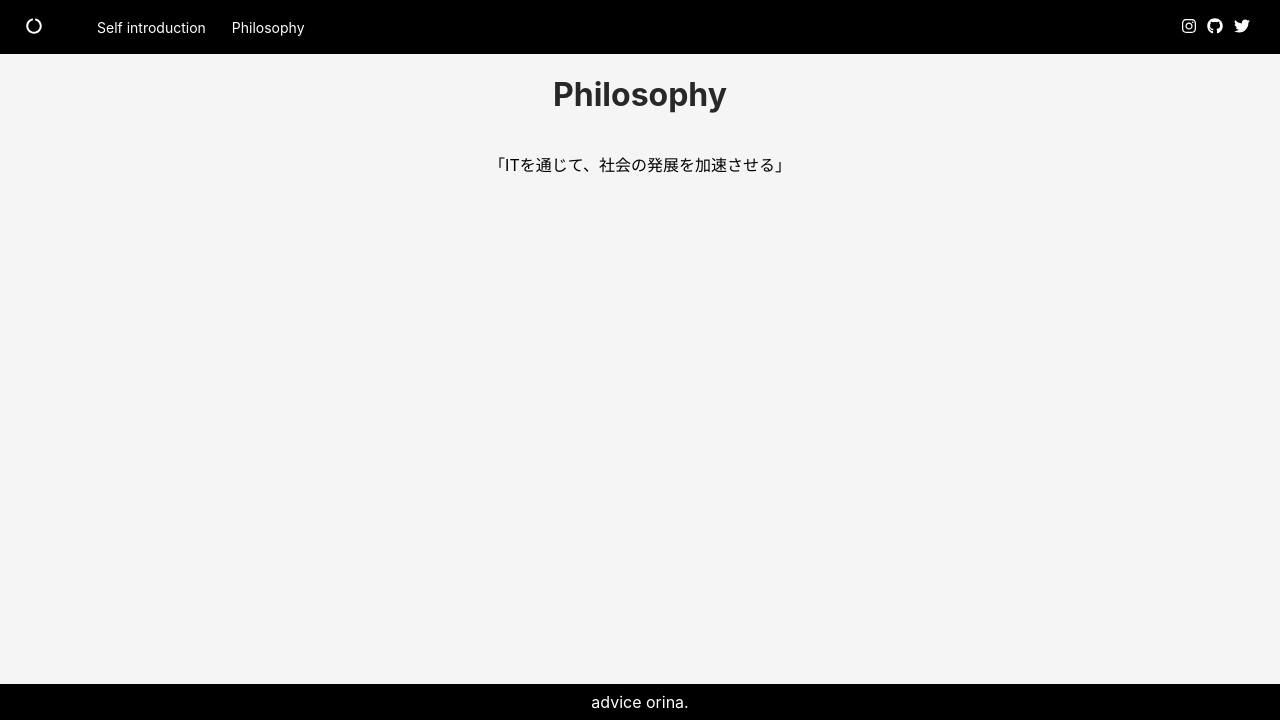
Repository: Rujuu-prog/react-mysite
Page: /philosophy
An editor plug-in stored every save of this project. The page is shown before and after the next save, followed by the edit.
The browser window is 1280 px wide. The pictures show the whole page.
The project was rebuilt for these pictures with package versions that can differ from the ones it lists, and the page was loaded fresh each time. Also part of the build but not shown: src/components/pages/SelfIntroduction.tsx, src/components/pages/Top.tsx.

Above is the page before, as saved 2021-05-13 01:39:40.

### src/App.tsx
import { Router } from "./router/Router";
import './App.css';



export default function App() {
  return (
    <div className="App" >
      <Router />
    </div>
  );
}

### src/router/Router.tsx
import React from "react";
import { BrowserRouter, Route, Switch } from "react-router-dom";
import { Philosophy } from "../components/pages/Philosophy";
import { SelfIntroduction } from "../components/pages/SelfIntroduction";
import { Top } from "../components/pages/Top";
import { DefaultLayout } from "../components/templates/DefaultLayout";

export const Router:React.FC = () => {
    return(
        <BrowserRouter>
            <Switch>
                <Route exact path="/">
                <DefaultLayout>
                    <Top />
                </DefaultLayout>
                </Route>
                <Route exact path="/selfintroduction">
                <DefaultLayout>
                    <SelfIntroduction/>
                </DefaultLayout>
                </Route>
                <Route path="/philosophy">
                <DefaultLayout>
                    <Philosophy />
                </DefaultLayout>
                </Route>
            </Switch>
        </BrowserRouter>
    );
}

### src/components/pages/Philosophy.tsx
import React from "react";
import styled from "styled-components";
import { DefaultLayout } from "../templates/DefaultLayout";
import me from '../atoms/img/me.svg'

export const Philosophy:React.FC = () => {
    return(
        <SMainContainer>
            <h1>Philosophy</h1>
            <p>「ITを通じて、社会の発展を加速させる」</p>
        </SMainContainer>

    );
};

const SMainContainer = styled.div`
    display: flex;
    flex-direction: column;
    justify-content: flex-start;
    align-items: center;
    background-color: #f5f5f5;
    height: 90vh;
    h1 {
        color: #282828;
    }
`;

### src/components/templates/DefaultLayout.tsx
import React from "react";
import styled from "styled-components";

import { FooterOnly } from "./FooterOnly";
import { HeaderOnly } from "./HeaderOnly";

type Props = {
    children?: React.ReactNode;
};

export const DefaultLayout: React.FC<Props> = ({children}) => {
    return (
    <SContainer>
        <HeaderOnly/>
        {children}
        <FooterOnly/>
    </SContainer>
    );
};

const SContainer = styled.div`
    min-height: 100vh;
    position: relative;
    box-sizing: border-box;
`;

### src/components/templates/FooterOnly.tsx
import React from "react";
import { Link } from "react-router-dom";
import styled from "styled-components";

import { Footer } from "../atoms/layout/Footer";


export const FooterOnly: React.FC = () => {
    return (
    <>
        <Footer />
    </>
    );
};


// const SLink = styled(Link)`
//     margin: 0 8px;
// `;

### src/components/templates/HeaderOnly.tsx
import React from "react";
import { Link } from "react-router-dom";
import styled from "styled-components";

import { Header } from "../atoms/layout/Header";
import { SecondaryButton } from "../atoms/button/SecondaryButton"
import { IconList } from "../molecules/IconList";
import { SiteIcon } from "../atoms/icon/SiteIcon";
import { NaviBar } from "../atoms/layout/NaviBar";

type Props = {
    children?: React.ReactNode;
};

export const HeaderOnly: React.FC<Props> = ({children}) => {
    return (
    <>
        <Header>
            <SiteIcon/>
            <NaviBar/>
        </Header>
        {children}
    </>
    );
};


// const SLink = styled(Link)`
//     margin: 0 8px;
// `;

### src/components/atoms/layout/Footer.tsx
import React from "react";
import styled from "styled-components";

export const Footer:React.FC = () => {
    return <SFooter><Sp>advice orina.</Sp></SFooter>;
};

const SFooter = styled.footer`
    background-color: black;
    color: #fff;
    text-align: center;
    padding: 8px 0;
    position: absolute;
    bottom: 0;
    width: 100%;
`;

const Sp = styled.p`
    margin: 0;
`;

### src/components/atoms/layout/Header.tsx
import React from "react";
import styled from "styled-components";

import { PrimaryButton } from '../button/PrimaryButton'

type Props = {
    children?: React.ReactNode;
}

export const Header: React.FC<Props> = ({children}) => {
    return (<SHeader>{children}</SHeader>);
};

const SHeader = styled.header`
    display: flex;
    align-items: center;
    height: 10%;
    background-color: black;
    color: #fff;
    padding: 16px 24px;
`;

### src/components/atoms/icon/SiteIcon.tsx
import { faCircleNotch } from "@fortawesome/free-solid-svg-icons";
import { FontAwesomeIcon } from "@fortawesome/react-fontawesome";
import styled from "styled-components";
import { Link } from "react-router-dom";

const IconStyle = {
    padding:"2",
    fontsize:"50"
}

export const SiteIcon:React.FC = () => {
    return(<SLink to="/"><FontAwesomeIcon style={IconStyle} icon={faCircleNotch}></FontAwesomeIcon></SLink>);
}

const SLink = styled(Link)`
    text-decoration: none;
    color: #fff;
`;

### src/components/atoms/layout/NaviBar.tsx
import React from "react";
import { Link } from "react-router-dom";
import styled from "styled-components";

import { SecondaryButton } from "../button/SecondaryButton"
import { IconList } from "../../molecules/IconList";

type Props = {
    children?: React.ReactNode;
};

export const NaviBar: React.FC<Props> = ({children}) => {
    return (
    <>
        <SNavi>
            <li><SLink to="/selfintroduction"><SecondaryButton>Self introduction</SecondaryButton></SLink></li>
            <Slist><SLink to="/philosophy"><SecondaryButton>Philosophy</SecondaryButton></SLink></Slist>
            <li><IconList/></li>
        </SNavi>
        {children}
    </>
    );
};


const SNavi = styled.ul`
    display: flex;
    // justify-content: space-between;
    align-items: center;
    width: 100%;
    margin: 0;
    background-color: black;
    list-style: none;
    color: #fff;
    text-align: center;
`;

const Slist = styled.li`
    margin-right: auto;
`;

const SLink = styled(Link)`
    margin: 0 8px;
    text-decoration: none;
`;

### src/components/atoms/button/SecondaryButton.tsx
import styled from "styled-components";

export const SecondaryButton = (props:any) => {
    const { children } = props;
    return <SButton>{children}</SButton>;
};

const SButton = styled.a`
    color: #fff;
    width: 10%;
    font-size: 14px;
    padding: 5px;
`;

### src/components/molecules/IconList.tsx
import React from "react";
import styled from "styled-components";
import { Github } from "../atoms/icon/Github";
import { Instagram } from "../atoms/icon/Instagram";
import { Twitter } from "../atoms/icon/Twitter";

export const IconList:React.FC = () => {
    return(
        <SIconContainer>
            <Instagram/>
            <Github/>
            <Twitter/>
        </SIconContainer>
    );
};

const SIconContainer = styled.div`
    display: flex;
    align-items: center;
    justify-content: space-around;
    width: 80px;
`;

### src/components/atoms/icon/Github.tsx
import { faGithub } from "@fortawesome/free-brands-svg-icons";
import { FontAwesomeIcon } from "@fortawesome/react-fontawesome"
import styled from "styled-components";


const IconStyle = {
    padding:"2",
    fontsize:"50",
}

export const Github:React.FC = () => {
    return(<SButton href='https://github.com/Rujuu-prog'><FontAwesomeIcon style={IconStyle} icon={faGithub}></FontAwesomeIcon></SButton>);
}

const SButton = styled.a`
    text-decoration: none;
    color: #fff;
`;

### src/components/atoms/icon/Instagram.tsx
import { faInstagram } from "@fortawesome/free-brands-svg-icons";
import { FontAwesomeIcon } from "@fortawesome/react-fontawesome";
import styled from "styled-components";

const IconStyle = {
    padding:"2",
    fontsize:"50"
}

export const Instagram:React.FC = () => {
    return(<SButton href='https://www.instagram.com/rujuuuuuu/'><FontAwesomeIcon style={IconStyle} icon={faInstagram}></FontAwesomeIcon></SButton>);
}

const SButton = styled.a`
    text-decoration: none;
    color: #fff;
`;

### src/components/atoms/icon/Twitter.tsx
import { faInstagram, faTwitter } from "@fortawesome/free-brands-svg-icons";
import { FontAwesomeIcon } from "@fortawesome/react-fontawesome"
import styled from "styled-components";

const IconStyle = {
    padding:"2",
    fontsize:"50"
}

export const Twitter:React.FC = () => {
    return(<SButton href='https://twitter.com/Rujuu2118'><FontAwesomeIcon style={IconStyle} icon={faTwitter}></FontAwesomeIcon></SButton>);
}

const SButton = styled.a`
    text-decoration: none;
    color: #fff;
`;

Loaded but not shown: public/index.html (common file); src/index.tsx (common file); src/index.css (common file); src/reportWebVitals.ts (common file); src/App.css (common file)

After the next save:
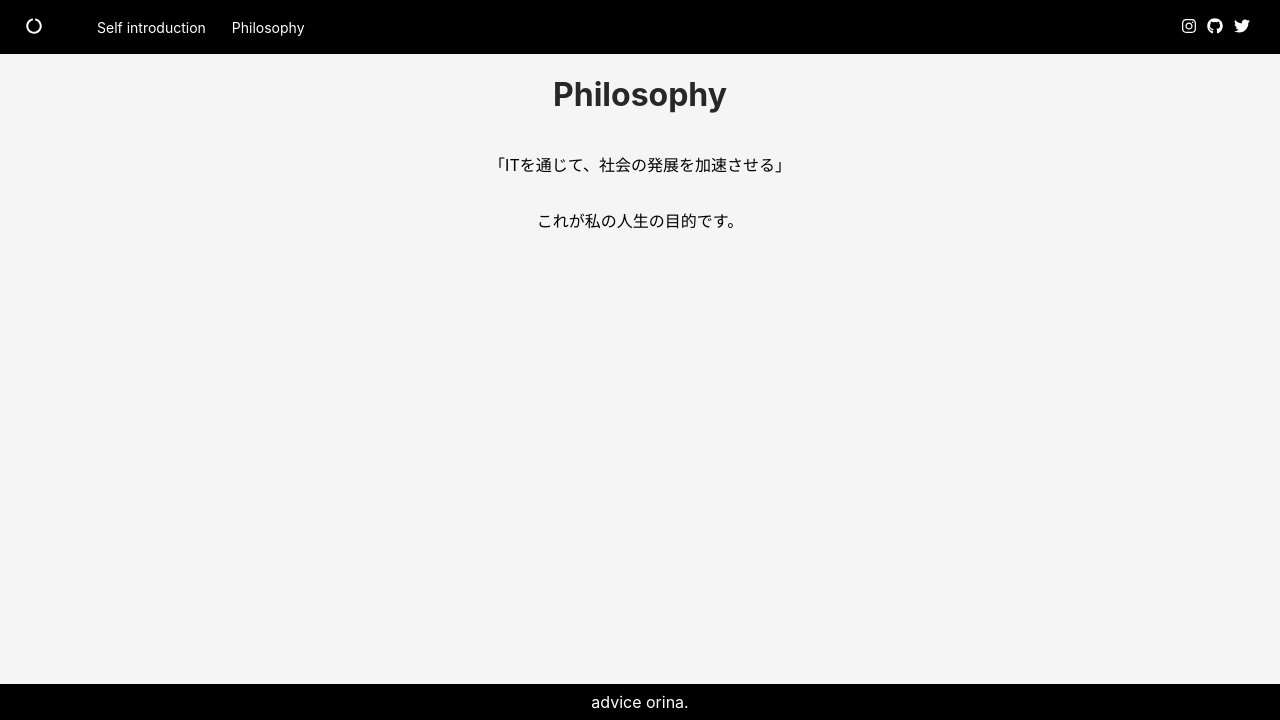
Saved 37 s later.
--- a/src/components/pages/Philosophy.tsx
+++ b/src/components/pages/Philosophy.tsx
@@ -8,6 +8,7 @@ export const Philosophy:React.FC = () => {
         <SMainContainer>
             <h1>Philosophy</h1>
             <p>「ITを通じて、社会の発展を加速させる」</p>
+            <p>これが私の人生の目的です。</p>
         </SMainContainer>
 
     );
